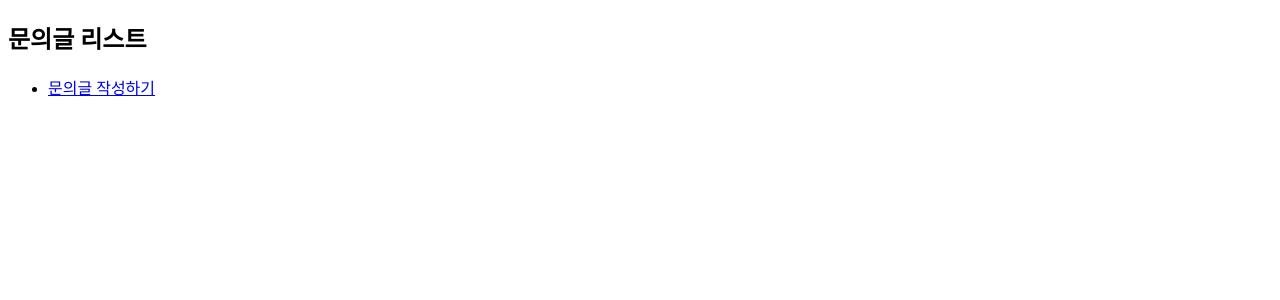
Repository: soo74/bitcamp2019_hs
Page: http://localhost/client_riding/questionboard.jsp
An editor plug-in stored every save of this project. The page is shown before and after the next save, followed by the edit.
The browser window is 1280 px wide. The pictures show the whole page.
The page is served by Tomcat 9.

Above is the page before, as saved 2019-09-06 01:19:36.

### client_riding/WebContent/questionboard.jsp
<%@ page language="java" contentType="text/html; charset=UTF-8"
    pageEncoding="UTF-8"%>
<!DOCTYPE html>
<html>
<head>
<meta charset="UTF-8">
<title>문의게시판</title>
</head>
<body>

	<h2>문의글 리스트</h2>
	 <div id="boardlist"></div>



	  <ul>
		<li><a href="writeform">문의글 작성하기</a></li>
	   </ul>



	<script>













	</script>







</body>
</html>

After the next save:
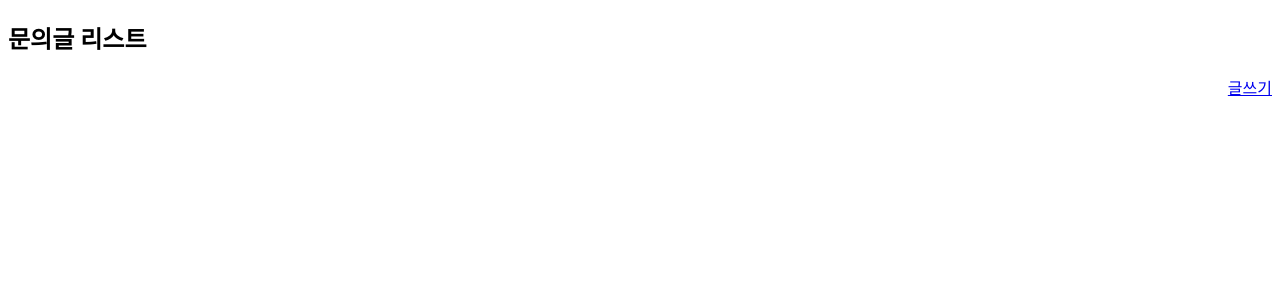
Saved 61 min 12 s later.
--- a/client_riding/WebContent/questionboard.jsp
+++ b/client_riding/WebContent/questionboard.jsp
@@ -13,10 +13,7 @@
 
 
 
-	  <ul>
-		<li><a href="writeform">문의글 작성하기</a></li>
-	   </ul>
-
+	  <div style="text-align: right;"> <a href="writeForm">글쓰기</a></div>
 
 
 	<script>
